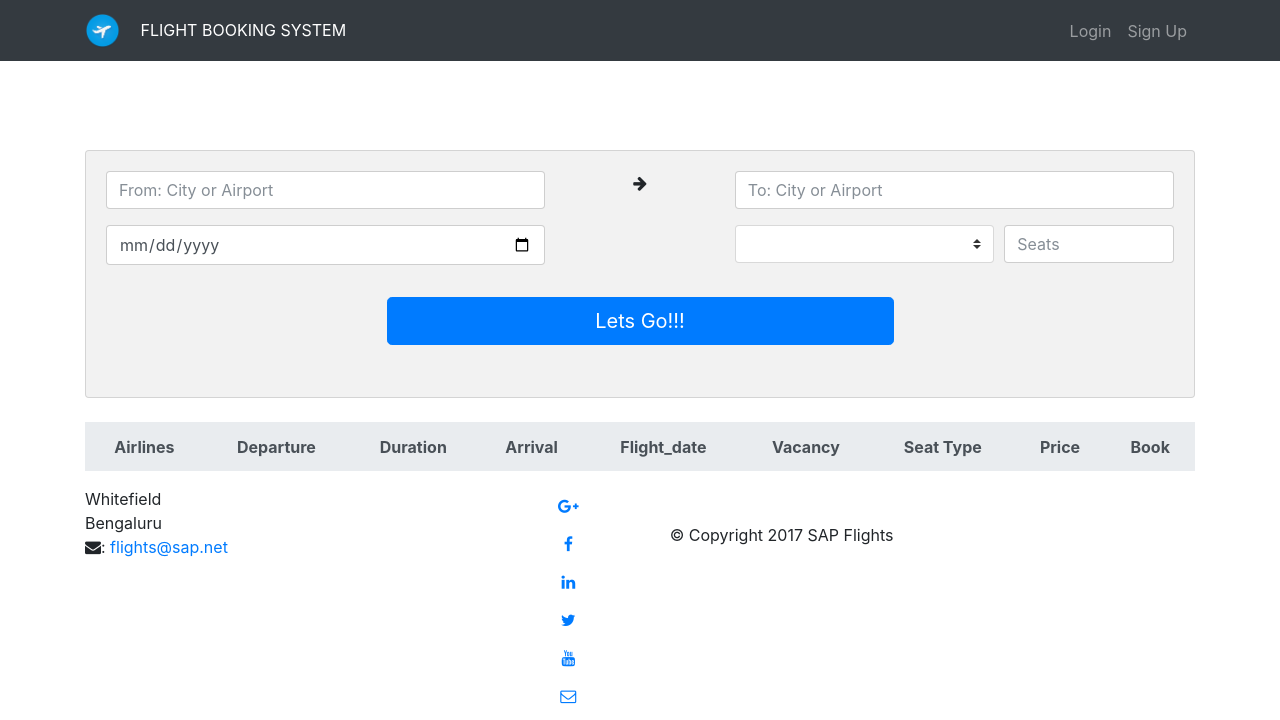
Repository: yashtatia/Spring-Practice
Page: http://localhost/FitnessTracker/WEB-INF/jsp/flightpage.jsp
These files come from the project's save history. The page is drawn as it stood at one moment and after the next save; the edit follows.
The browser window is 1280 px wide. The pictures show the whole page.
Some web libraries are served in a nearby version. The page is served by Tomcat 9. Nobody is signed in. Other server files are loaded and not shown. The template is opened directly, without the code that normally fills it, so the values that code supplies are empty.

Above is the page before, as saved 2017-09-05 20:26:57.

### FitnessTracker/src/main/webapp/WEB-INF/jsp/flightpage.jsp
<%@ taglib prefix="c" uri="http://java.sun.com/jsp/jstl/core"%>
<%@ taglib prefix="form" uri="http://www.springframework.org/tags/form" %>
<%@ taglib prefix="spring" uri="http://www.springframework.org/tags" %>

	<jsp:include page="header.jsp" />

	<style type="text/css">
		.table td, .table th {
			text-align: center;
			align-items: center;
			align-content: center;
		}
		table:hover {
			border-color:  #808080;
			border-top-width: 1 px;
		}
	</style>


	<div class="container" style="margin-top:150px;">
		<div class="card" style="background-color: #f2f2f2;" >
			<div class="card-body">
				<form:form modelAttribute="flightSearch" method="POST" >
					<div class="form-row">
						<div class="form-group col-md-5">
								<form:input path="source_airport" class="input-large form-control" type="text" placeholder="From: City or Airport" name="source_id" id="source_id" value="${flightSearch.source_airport}" />
						</div>
						<div class="form-group col-md-2">
							<div id="city_reverse" align="center" style="cursor:pointer;">
								<i class="fa fa-arrow-right" aria-hidden="true"></i>
							</div>
						</div>
						<div class="form-group col-md-5">
								<form:input path="destination_airport" class="input-large form-control" type="text" placeholder="To: City or Airport" name="destination_id" id="destination_id" value="${flightSearch.destination_airport}" />
						</div>
					</div>
					<div class="form-row">
						<div class="form-group col-md-5">
							<form:input path="flight_date" class="input-large form-control" type="date" name="flight_date" data-date-inline-picker="true" value="${flightSearch.flight_date}"/>
						</div>
						<div class="col-md-2">

						</div>
						<div class="col-md-3 form-group">
								<form:select id="seat_classes" path="seat_class" class="custom-select mb-2 mr-sm-2 mb-sm-0 form-control" name="seat_type" value="${flightSearch.seat_class}">
									<form:options items="${seats}" itemLabel="description" itemValue="seat_type"/>
								</form:select>
						</div>
						<div class="col-md-2 form-group">
							<form:input path="seats" class="input-large form-control" type="number" name="seats" data-date-inline-picker="true" placeholder="Seats" value="${flightSearch.seats}" min="1"/>
						</div>
					</div>

					<div class="form-row">
						<div class="form-group col-md-6 mx-auto p-3">
							<button type="submit" class="btn btn-lg btn-block btn-primary" name="flightSearchFormSubmit" value="SEARCH">Lets Go!!!</button>
						</div>
					</div>
				</form:form>
			</div>
		</div>
	</div>
	<div class="container">
		<br/>
		<div class="row row-content">
			<div class="col-lg-12 " >
				<table class="table table-striped table-hover">
					<tr class="thead-default">
						<th>Airlines</th>
						<th>Departure</th>
						<th>Duration</th>
						<th>Arrival</th>
						<th>Flight_date</th>
						<th>Vacancy</th>
						<th>Seat Type</th>
						<th>Price</th>
						<th>Book</th>
					</tr>
					<c:forEach items="${flightsReport}" var="flightReport">
						<tr>
							<td>${flightReport.carrier.carrier_name}</td>
							<td>
								<table style="border: none; padding: none;" >
									<tr>
										<td>${flightReport.departure.airport_id} ${flightReport.departure_time}</td>
									</tr>
									<tr>
										<td>${flightReport.departure.airport_name}, India</td>
									</tr>
								</table>
							</td>
							<td>${flightReport.duration}</td>
							<td>
								<table style="border: none; padding-left: 2px:;">
									<tr>
										<td>${flightReport.arrival.airport_id} ${flightReport.arrival_time}</td>
									</tr>
									<tr>
										<td>${flightReport.arrival.airport_name}, India</td>
									</tr>
								</table>
							</td>
							<td>${flightReport.flight_date}</td>
							<td>${flightReport.vacancy}</td>
							<td>${flightReport.seat_type.description}</td>
							<td>${flightReport.price}</td>

							<form:form modelAttribute="flightSelected" action="flightWeWishToFly.html" method="POST">
								<form:hidden path="flight_id" value="${flightReport.flight_id}" />
								<form:hidden path="route_id" value="${flightReport.route_id}" />
								<form:hidden path="departure_id" value="${flightReport.departure.airport_id}" />
								<form:hidden path="departure" value="${flightReport.departure.airport_name}" />
								<form:hidden path="arrival_id" value="${flightReport.arrival.airport_id}" />
								<form:hidden path="arrival" value="${flightReport.arrival.airport_name}" />
								<form:hidden path="user_air_miles" value="${userForm.air_miles}" />
								<form:hidden path="airline" value="${flightReport.carrier.carrier_name}" />
								<form:hidden path="flight_date" value="${flightReport.flight_date}" />
								<form:hidden path="departure_time" value="${flightReport.departure_time}" />
								<form:hidden path="arrival_time" value="${flightReport.arrival_time}" />
								<form:hidden path="duration" value="${flightReport.duration}" />
								<form:hidden path="price" value="${flightReport.price}" />
								<form:hidden path="seat_class" value="${flightReport.seat_type.description}" />
								<form:hidden path="seat_class_abbrev" value="${flightReport.seat_type.seat_type}" />
								<form:hidden path="seats" value="${flightSearch.seats}" />
								<td><button type="submit" class="btn btn-large btn-warning">Book Now</button></td>
							</form:form>

						</tr>
					</c:forEach>
				</table>

			</div>
		</div>
	</div>
	<jsp:include page="footer.jsp" />

	<script type="text/javascript">
		$(document).ready(function(){
			$("#city_reverse").on("click" , function(){
				var source = $("#source_id").val();
				var destination = $("#destination_id").val();
				$("#source_id").val(destination);
				$("#destination_id").val(source);
			});

			$("#city_reverse").mouseenter(function(){
				$("#city_reverse > span").removeClass("fa fa-arrow-right");
				$("#city_reverse > span").addClass("fa fa-arrow-left");
			});
			$("#city_reverse").mouseleave(function(){
				$("#city_reverse > span").removeClass("fa fa-arrow-left");
				$("#city_reverse > span").addClass("fa fa-arrow-right");
			});
		});
	</script>
<!-- 	<script type="text/javascript">
		$(document).ready(
			function() {
				$.getJSON('<spring:url value="seat_classes.json"/>', {
					ajax : 'true'
				}, function(data){
					var html = '<option value="">--Please select one--</option>';
					var len = data.length;
					for (var i = 0; i < len; i++) {
						html += '<option value="' + data[i].seat_type + '">'
								+ data[i].description + '</option>';
					}
					html += '</option>';

					$('#seat_classes').html(html);
				});

			});

	</script> -->
	<script type="text/javascript">
		$( function() {
			console.log( "document Ready!" );

			// $('#source_id').autocomplete("flightSearchHelpAjax.jsp");
			// $(this.target).find('source_id').autocomplete({
			$("#source_id").autocomplete({
				source: function (request, response) {
		            $.getJSON('<spring:url value="flightAjax.json"/>', request, function(result) {
		                response($.map(result, function(item) {
		                    return {
		                        // following property gets displayed in drop down
		                        value: item.airport_id + " - " + item.airport_name ,
		                        // following property gets entered in the textbox
		                        data: item.airport_id,
		                        // following property is added for our own use
		                    };
		                }));
		            });
		        },
		        minLength:2,
		        delay:100
			});
			$('#destination_id').autocomplete({
				source: function (request, response) {
		            $.getJSON('<spring:url value="flightAjax.json"/>', request, function(result) {
		                response($.map(result, function(item) {
		                    return {
		                        // following property gets displayed in drop down
		                        //label: item.airport_id,
		                        value: item.airport_id + " - " + item.airport_name ,
		                        // following property gets entered in the textbox
		                        data: item.airport_id,

		                    };
		                }));
		            });
		        },
		        minLength:2,
		        delay:100
			});
		});
	</script>

### FitnessTracker/src/main/webapp/WEB-INF/jsp/header.jsp
<%@ taglib prefix="c" uri="http://java.sun.com/jsp/jstl/core"%>
<%@ taglib prefix="form" uri="http://www.springframework.org/tags/form" %>
<%@ taglib prefix="spring" uri="http://www.springframework.org/tags" %>
<!DOCTYPE html>
<html>
<head>
	<meta charset="utf-8">
    <meta http-equiv="X-UA-Compatible" content="IE=edge">
    <meta name="viewport" content="width=device-width, initial-scale=1, shrink-to-fit=no">
	<title>Search Flights</title>
	<link rel="stylesheet" href="https://maxcdn.bootstrapcdn.com/bootstrap/4.0.0-beta/css/bootstrap.min.css" integrity="sha384-/Y6pD6FV/Vv2HJnA6t+vslU6fwYXjCFtcEpHbNJ0lyAFsXTsjBbfaDjzALeQsN6M" crossorigin="anonymous">
	<link href="https://maxcdn.bootstrapcdn.com/font-awesome/4.7.0/css/font-awesome.min.css" rel="stylesheet">
	<link rel="stylesheet" type="text/css" href="assets/css/jquery-ui.css">
</head>
<body>

	 <nav class="navbar navbar-expand-md navbar-dark bg-dark fixed-top">
            <div class="container">
                <div class="navbar-header">
	                <span><a class="navbar-brand" href="index.jsp"><img src="assets/img/sap.png" height=35 width=35></a></span>
	                <span style="color: white;">FLIGHT BOOKING SYSTEM</span>
                </div>

                <c:choose>
    				<c:when test="${not logInForm.loggedIn || logInForm == null}">
                       <ul class="navbar-nav bd-navbar-nav" style="cursor: pointer;">
	                        <li class="nav-item"><a class="nav-link" data-toggle="modal" data-target="#loginModal" id="login"><span class="glyphicon glyphicon-log-in"></span> Login</a></li>
	                        <li class="nav-item"><a class="nav-link" href="signUp.html"><span class="glyphicon glyphicon-log-in"></span> Sign Up</a></li>
	                    </ul>
	    			</c:when>
	    			<c:otherwise>
	                    <ul class="navbar-nav bd-navbar-nav" style="cursor: pointer;">
	                        <li class="nav-item dropdown">
	                            <a href="#" class="nav-link dropdown-toggle" data-toggle="dropdown"
	                             role="button" aria-haspopup="true" aria-expanded="false" style="color: white; ">
	                             <i class="fa fa-user-o" aria-hidden="true"></i>  ${userForm.fname} ${userForm.lname} <span class="caret"></span></a>
	                            <ul class="dropdown-menu">
	                                <li><a class="dropdown-item" href="#">Your Miles : ${userForm.air_miles}</a></li>
	                                <li><a class="dropdown-item" href="myBookings.html">MyBookings</a></li>
	                                <li><a class="dropdown-item" href="logout.html">Logout</a></li>
	                            </ul>
	                        </li>
	                    </ul>
	                </c:otherwise>
                </c:choose>


                </div>
        </nav>

    <c:if test="${logInForm.loggedIn == false || logInForm == null}">

	    <div id="loginModal" class="modal fade " role="dialog" aria-labelledby="loginModal" aria-hidden="true">
	        <div class="modal-dialog" style="max-width: 650px !important;">
	        <!-- Modal content-->
	        <div class="modal-content">
	            <div class="modal-header">
	                <h5 class="modal-title" id="exampleModalLabel">Login</h5>
			     	   <button type="button" class="close" data-dismiss="modal" aria-label="Close">
			        	  <span aria-hidden="true">&times;</span>
			       	 </button>
	            </div>
		        <div class="modal-body">
		            <form:form modelAttribute="logInForm" class="form-inline" id="loginForm" action="logIn.html" method="POST">
		                <div class="form-group">
		                    <label class="sr-only" for="InputEmail">Email address</label>
		                    <form:input path="username" type="email" class="form-control" id="Email" placeholder="Email" name="email" />
		                </div>
		                <div class="form-group mx-sm-3">
		                    <label class="sr-only" for="Password">Password</label>
		                    <form:input path="password" type="password" class="form-control" id="Password" placeholder="Password" name="password" />
		                </div>

	            		<div class="form-group mx-sm-3">
	            			<button type="button" class="btn btn-default btn-danger pull-right" data-dismiss="modal">Cancel</button>
		                	<button type="submit" class="btn btn-default btn-info pull-right">Sign in</button>
	            		</div>


	            	</form:form>
				</div>

	        </div>
	        </div>
	    </div>

    </c:if>

### FitnessTracker/src/main/webapp/WEB-INF/jsp/footer.jsp

	<footer class="row-footer">
        <div class="container">
            <div class="row">

                <div class="col-md-5"">
                    <address>
		              Whitefield<br>
		              Bengaluru<br>
		              <i class="fa fa-envelope"></i>:
                         <a href="mailto:flights@sap.net">
                         flights@sap.net</a>
                    </address>
                </div>
                <div class="col-xs-12 ">
                    <div class="nav navbar-nav">
                        <a class="btn btn-social-icon btn-google-plus" href="http://google.com/+"><i class="fa fa-google-plus"></i></a>
                        <a class="btn btn-social-icon btn-facebook" href="http://www.facebook.com/profile.php?id="><i class="fa fa-facebook"></i></a>
                        <a class="btn btn-social-icon btn-linkedin" href="http://www.linkedin.com/in/"><i class="fa fa-linkedin"></i></a>
                        <a class="btn btn-social-icon btn-twitter" href="http://twitter.com/"><i class="fa fa-twitter"></i></a>
                        <a class="btn btn-social-icon btn-youtube" href="http://youtube.com/"><i class="fa fa-youtube"></i></a>
                        <a class="btn btn-social-icon" href="mailto:"><i class="fa fa-envelope-o"></i></a>
                    </div>
                </div>
                <div class="col-md-4">
                    <p style="padding:10px;"></p>
                    <p align=center> &copy; Copyright 2017 SAP Flights</p>
                </div>
            </div>
        </div>
    </footer>




<script src="https://code.jquery.com/jquery-3.2.1.slim.min.js" integrity="sha384-KJ3o2DKtIkvYIK3UENzmM7KCkRr/rE9/Qpg6aAZGJwFDMVNA/GpGFF93hXpG5KkN" crossorigin="anonymous"></script>
<script type="text/javascript" src="http://code.jquery.com/jquery-3.2.1.min.js"></script>
<script type="text/javascript" src="assets/js/jquery-ui.min.js"></script>
<script src="https://cdnjs.cloudflare.com/ajax/libs/popper.js/1.11.0/umd/popper.min.js" integrity="sha384-b/U6ypiBEHpOf/4+1nzFpr53nxSS+GLCkfwBdFNTxtclqqenISfwAzpKaMNFNmj4" crossorigin="anonymous"></script>
<script src="https://maxcdn.bootstrapcdn.com/bootstrap/4.0.0-beta/js/bootstrap.min.js" integrity="sha384-h0AbiXch4ZDo7tp9hKZ4TsHbi047NrKGLO3SEJAg45jXxnGIfYzk4Si90RDIqNm1" crossorigin="anonymous"></script>

<script>
        $().button('toggle');
        $(document).ready(function(){
            $("#login").click(function(){
                console.log("yo!");
                $("#loginModal").modal();
            });
        });

        $(document).ready(function(){
            $("#table").click(function(){
                $("#tableModal").modal();
            });
        });
</script>
</body>
</html>

Loaded but not shown: FitnessTracker/src/main/webapp/assets/css/jquery-ui.css (library); FitnessTracker/src/main/webapp/assets/js/jquery-ui.min.js (library)

After the next save:
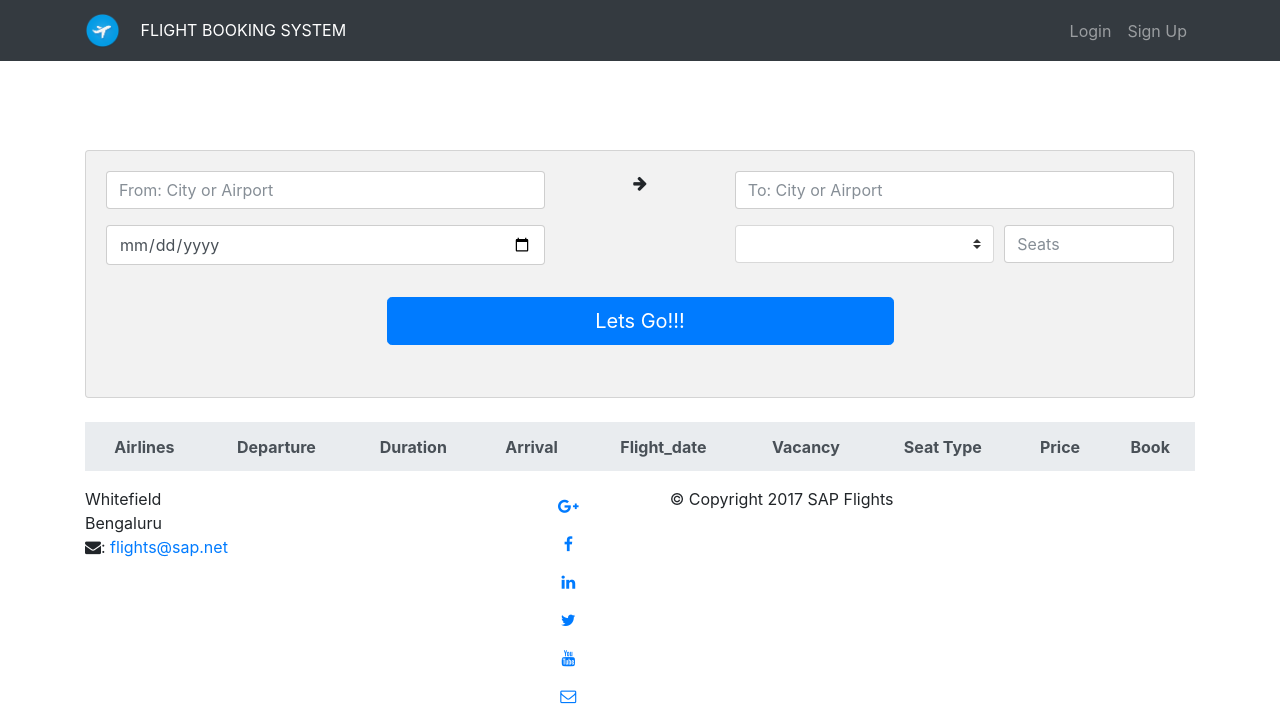
Saved 16 s later.
--- a/FitnessTracker/src/main/webapp/WEB-INF/jsp/footer.jsp
+++ b/FitnessTracker/src/main/webapp/WEB-INF/jsp/footer.jsp
@@ -23,7 +23,7 @@
                     </div>
                 </div>
                 <div class="col-md-4">
-                    <p style="padding:10px;"></p>
+
                     <p align=center> &copy; Copyright 2017 SAP Flights</p>
                 </div>
             </div>

After the save that followed:
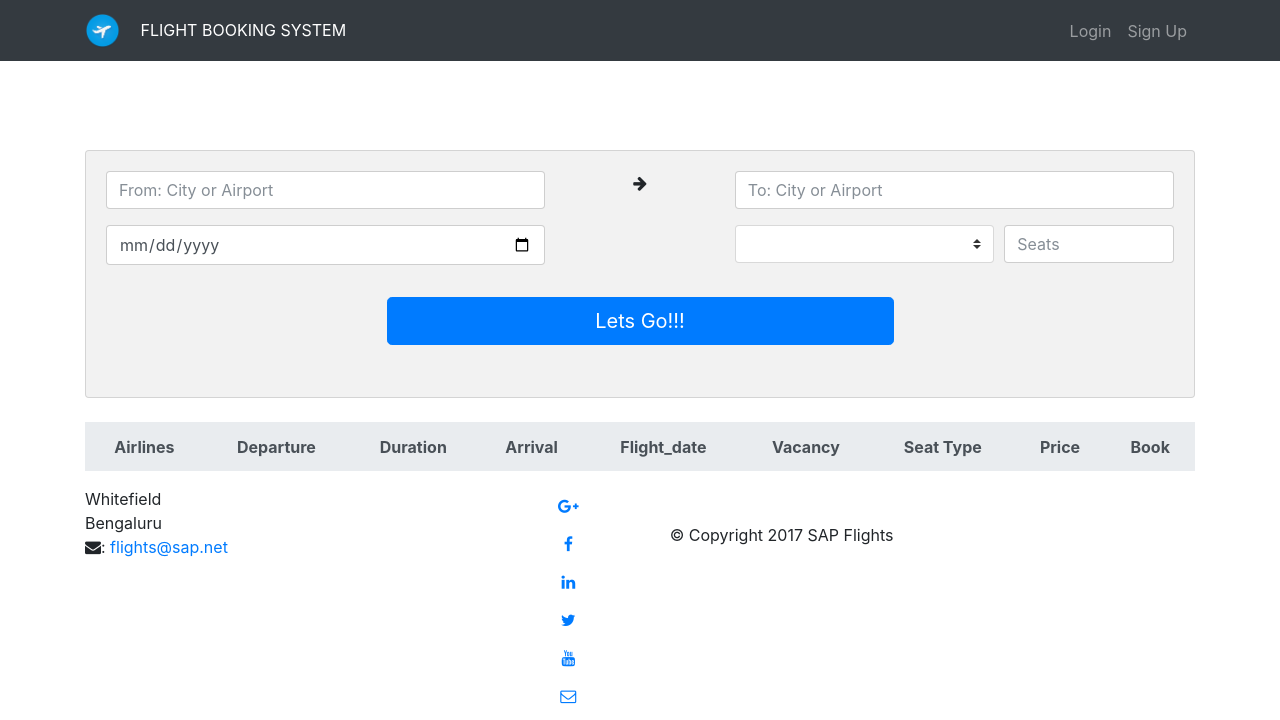
Saved 8 s later.
--- a/FitnessTracker/src/main/webapp/WEB-INF/jsp/footer.jsp
+++ b/FitnessTracker/src/main/webapp/WEB-INF/jsp/footer.jsp
@@ -23,7 +23,7 @@
                     </div>
                 </div>
                 <div class="col-md-4">
-
+                    <p style="padding:10px;"></p>
                     <p align=center> &copy; Copyright 2017 SAP Flights</p>
                 </div>
             </div>
